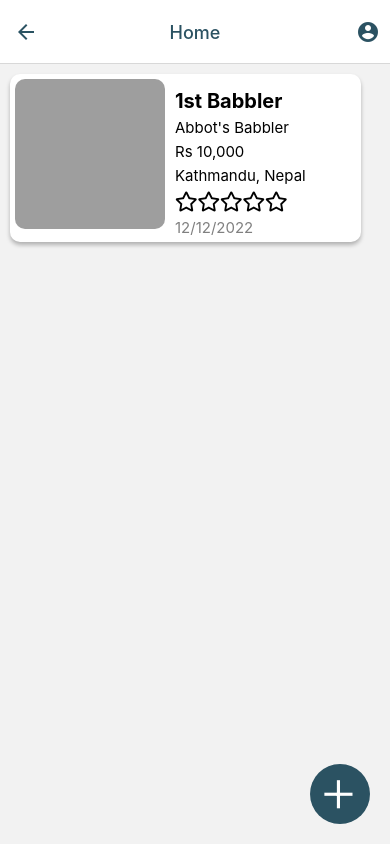
Repository: SaudCh/Expo-Pethub
Screen: /Home
An editor plug-in stored every save of this project. The screen is shown before and after the next save, followed by the edit.
Pictures or frames that could not be fetched are drawn as grey boxes. The app was drawn by React Native's web renderer in a window 390 px wide. The project was rebuilt for these pictures with package versions that can differ from the ones it lists, and the page was loaded fresh each time. Also part of the build but not shown: Screens/Signup.js, Screens/Profile.js, Screens/UpdateProfile.js, Screens/ForgetPassword.js, Screens/Add.js.

Above is the screen before, as saved 2022-11-15 01:06:40.

After the next save:
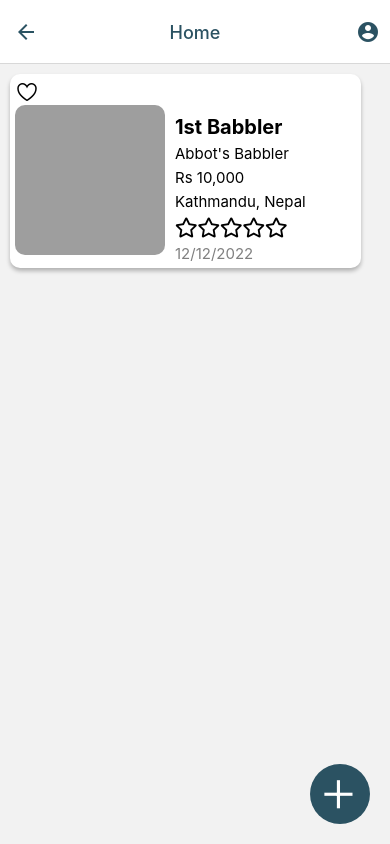
Saved 59 s later.
--- a/Screens/Card.js
+++ b/Screens/Card.js
@@ -1,13 +1,18 @@
-import { Image, StyleSheet, Text, View } from 'react-native'
+import { Image, StyleSheet, Text, View, TouchableOpacity } from 'react-native'
 import React from 'react'
 import { FontAwesome5 } from '@expo/vector-icons';
+import { Ionicons } from '@expo/vector-icons';
 
 
 export default function Card() {
+
     return (
         <View style={{
             ...styles.card,
         }}>
+            <TouchableOpacity>
+                <Ionicons name="heart-outline" size={24} color="black" />
+            </TouchableOpacity>
             <View style={{ flexDirection: "row" }}>
                 <Image
                     style={{ ...styles.image }}

After the 2 saves that followed:
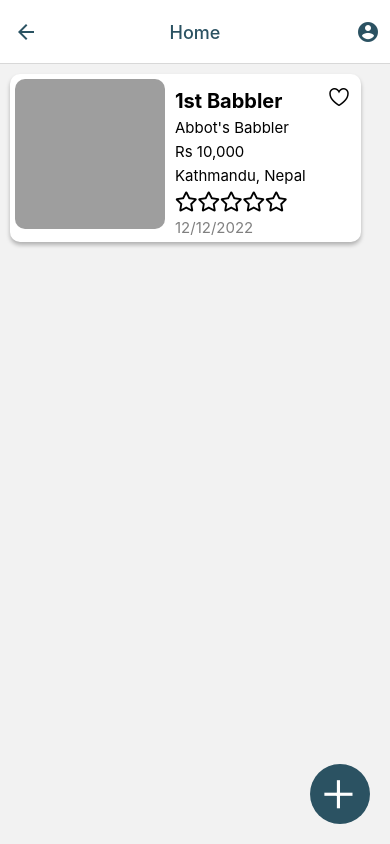
The 2 saves are shown as one change because 1 left the picture as it was.
The last was saved 30 s later.
--- a/Screens/Card.js
+++ b/Screens/Card.js
@@ -10,7 +10,7 @@
         <View style={{
             ...styles.card,
         }}>
-            <TouchableOpacity>
+            <TouchableOpacity style={{...styles.heartIcon}}>
                 <Ionicons name="heart-outline" size={24} color="black" />
             </TouchableOpacity>
             <View style={{ flexDirection: "row" }}>
@@ -73,8 +73,11 @@
         fontSize: 15,
         marginTop: 5,
         color: 'grey'
+    },
+    heartIcon: {
+        position: 'absolute',
+        right: 10,
+        top: 10
     }
 
-
-
 })
